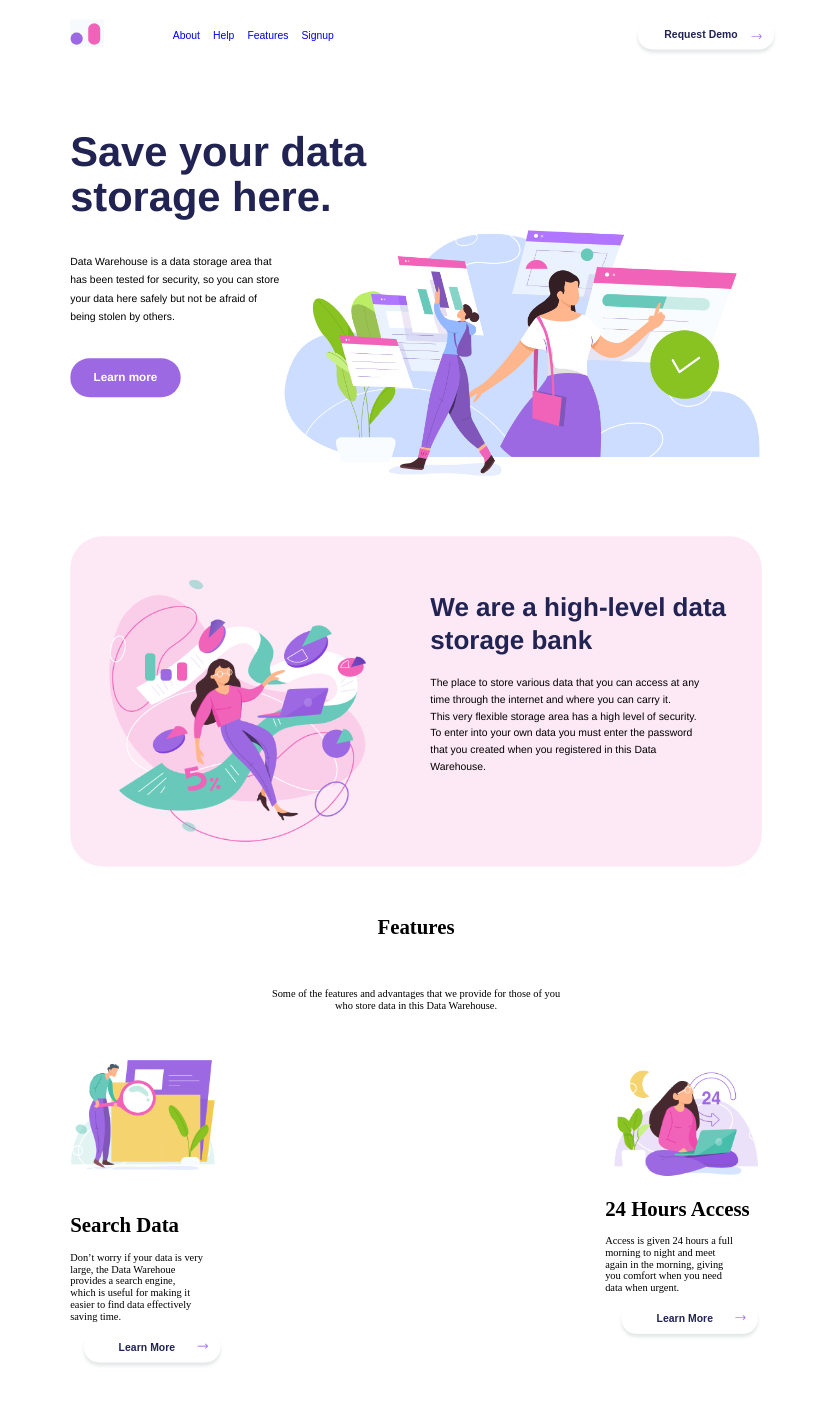
Repository: batonAnton/HW6_flexbox
Page: index.html
These files come from the project's save history. The page is drawn as it stood at one moment and after the next save; the edit follows.
The browser window is 1280 px wide. The pictures show the whole page, at 65% of full size.
Some web fonts or font styles are not loaded; a fallback is used.

Above is the page before, as saved 2022-06-18 12:18:29.

### index.html
<!DOCTYPE html>
<html lang="en">
<head>
    <meta charset="UTF-8">
    <meta http-equiv="X-UA-Compatible" content="IE=edge">
    <meta name="viewport" content="width=device-width, initial-scale=1.0">
    <link href="http://fonts.cdnfonts.com/css/helvetica-neue-9" rel="stylesheet">
    <link rel="stylesheet" href="./fonts/Helvetica-Bold.ttf">
    <link rel="stylesheet" href="./fonts/AvenirLTStd-Black.otf">
    <link rel="stylesheet" href="./css/style.css">
    <title>FlexBox</title>
</head>
<body>
    <header>
        <div class="logo">
            <img src="./images/logo.png" alt="logo">
        </div>

        <nav>
            <ul>
                <li>
                    <a href="#">about</a>
                </li>
                <li>
                    <a href="#">help</a>
                </li>
                <li>
                    <a href="#">features</a>
                </li>
                <li>
                    <a href="#">signup</a>
                </li>
            </ul>
        </nav>

        <div class="header-btn">
            <div>
                <button>request demo</button>
            </div>
            <div class="btn-img">
                <img src="./images/right-arrow.png" alt="arrow-right" >
            </div>
        </div>
    </header>

    <div class="section allstyles">
        <div class="info">
            <h1>Save your data <br> storage here.</h1>
            <p>Data Warehouse is a data storage area that <br>has been
                tested for security, so you can store <br> your data here
                safely but not be afraid of <br> being stolen by others.</p>
            <button>Learn more</button>
        </div>

        <div class="section-img">
            <img src="./images/headerImg.png" alt="">
        </div>
    </div>

    <div class="section2 allstyles">
        <div class="sectin2-img">
            <img src="./images/assideimg.png" alt="assideimg">
        </div>

        <div class="section2-info">
            <h1>We are a high-level data <br> storage bank</h1>
            <p>
                The place to store various data that you can access at any <br> time through the internet  and where you can carry it. <br>
                This very flexible storage area has a high level of security. <br> To enter into your own data you must enter the password <br> that you created when you registered in this Data <br> Warehouse.
            </p>
        </div>
    </div>

    <div class="section3 allstyles">
        <h1 class="section3-header"> Features</h1>
        <p class="section3-header">Some of the features and advantages that we provide for those of you <br> who store data in this Data Warehouse.</p>

        <div class="row1">
            <div class="block">
                <img src="./images/section3/image1 1.png" alt="img">
                <h1>Search Data</h1>
                <p>
                    Don’t worry if your data is very <br> large, the Data Warehoue <br> provides a search engine, <br> which is useful for making it <br> easier to find data effectively <br> saving time.
                </p>

                <div class="header-btn">
                    <div>
                        <button>Learn More</button>
                    </div>
                    <div class="btn-img">
                        <img src="./images/right-arrow.png" alt="arrow-right" >
                    </div>
                </div>
            </div>

            <div class="block">
                <img src="./images/section3/image2.png" alt="img">
                <h1>24 Hours Access</h1>
                <p>
                    Access is given 24 hours a full <br> morning to night and
                    meet <br> again in the morning, giving <br> you comfort when
                    you need <br> data when urgent.
                </p>

                <div class="header-btn">
                    <div>
                        <button>Learn More</button>
                    </div>
                    <div class="btn-img">
                        <img src="./images/right-arrow.png" alt="arrow-right" >
                    </div>
                </div>
            </div>
        </div>
    </div>
</body>
</html>

### css/style.css
body {
  box-sizing: border-box;
  font-family: "Avenir";
}

.allstyles{
    margin: 70px 100px;
}

header {
  display: flex;
  margin: 30px 100px;
  justify-content: space-between;
  /* border: 1px solid gray; */
 font-family: Arial, Helvetica, sans-serif;
  font-size: 16px;
}


nav {
  margin-right: 40%;
}

nav ul {
  display: flex;
  list-style: none;
  color: #4b5d68;
}

nav ul li a {
  text-decoration: none;
  padding-left: 20px;
  text-transform: capitalize;
}

.header-btn {
  display: flex;
  justify-content: center;
}


.header-btn button {
  padding: 15px 30px 15px 15px;
  text-transform: capitalize;
  border: none;
  border-radius: 50px;
  background: #ffffff;
  box-shadow: 0px 5px 5px rgb(75 93 104 / 15%);
  width: 210px;
  color: #212353;
  font-size: 16px;
  font-weight: 800;
  line-height: 100%;
  letter-spacing: 0.005em;
}

.btn-img {
  margin-left: -35px;
  padding-left: -15px;
  align-self: center;
}

button img {
  padding-top: 5px;
  margin-left: 5px;
}

button:hover {
  border: 1px solid rgba(156, 105, 226, 1);
  text-decoration: underline;
}

.section {
  display: flex;
  position: relative;
  height: 600px;
  overflow: hidden;
}


.info {
  width: 50%;
}

.section h1 {
  font-style: normal;
  font-weight: 700;
  font-size: 4rem;
  line-height: 110%;
  font-family: "Helvetica Neue", sans-serif;
  color:#212353;
  font-weight: 700;
}



.section p {
  font-family: 'Avenir', Helvetica, sans-serif;
  font-style: normal;
  font-weight: 500;
  font-size: 16px;
  line-height: 28px;
  margin-top: 50px;
  margin-bottom: 50px;
}

.section-img {
  position: absolute;
  bottom: 1%;
  right: -13%;
}
.section-img img {
  width: 84%;
}

.info button{
    font-family: 'Avenir', Helvetica, sans-serif;
    font-style: normal;
    font-weight: 700;
    font-size: 18px;
    line-height: 160%;
    background-color: #9C69E2;
    border-radius: 50px;
    color: #ffffff;
    width: 170px;
    height: 60px;
    border: none;
    cursor: pointer;
}


.section2{
    display: flex;
    justify-content: space-between;
    background: rgba(240, 99, 184, 0.15);
    border-radius: 50px;
    font-family: 'Avenir', Helvetica, sans-serif;
}

.section2 h1{
    font-style: normal;
    font-weight: 700;
    font-size: 40px;
    line-height: 130%;
    color: #212353;
}

.section2 p{
    font-family: 'Avenir', Helvetica, sans-serif;
font-style: normal;
font-weight: 400;
font-size: 16px;
line-height: 160%;
}

.section2-info{
    padding:55px;
}


.section3-header{
    text-align: center;
    margin: 75px;
}

.row1{
    display: flex;
    justify-content: space-between;
}

.block{
    display: ;
}

After the next save:
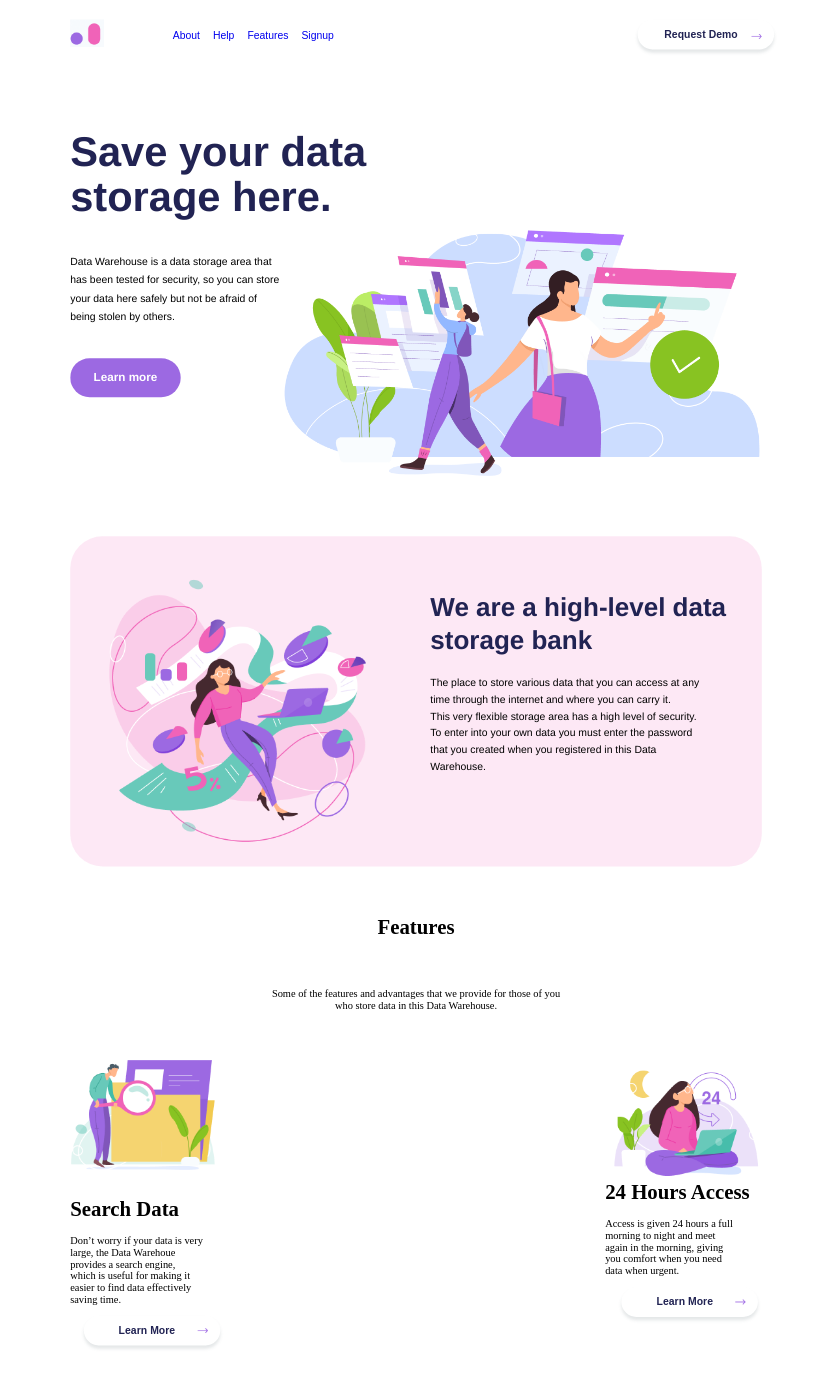
Saved 2 min 49 s later.
--- a/css/style.css
+++ b/css/style.css
@@ -168,6 +168,6 @@ line-height: 160%;
     justify-content: space-between;
 }
 
-.block{
-    display: ;
+.row1 .block img{
+    float: left;
 }
